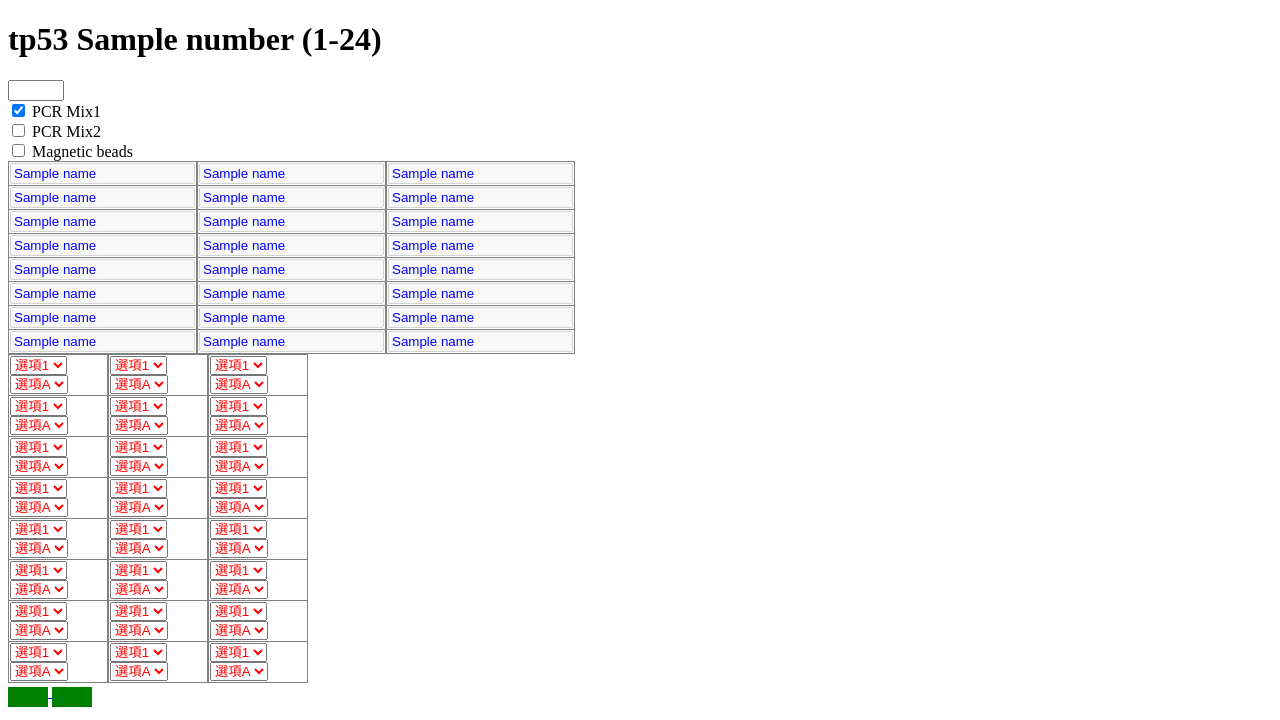
Repository: dnttalk/Ngs_arm1-main
Page: http://localhost/users/login
The author's editor kept a copy of each file at every save. The page is drawn from the files as they stood at one save, then again after the next save.
The browser window is 1280 px wide. The pictures show the whole page.
The page is served by the project's Node server (app.js).

Above is the page before, as saved 2023-07-27 12:58:34.

After the next save:
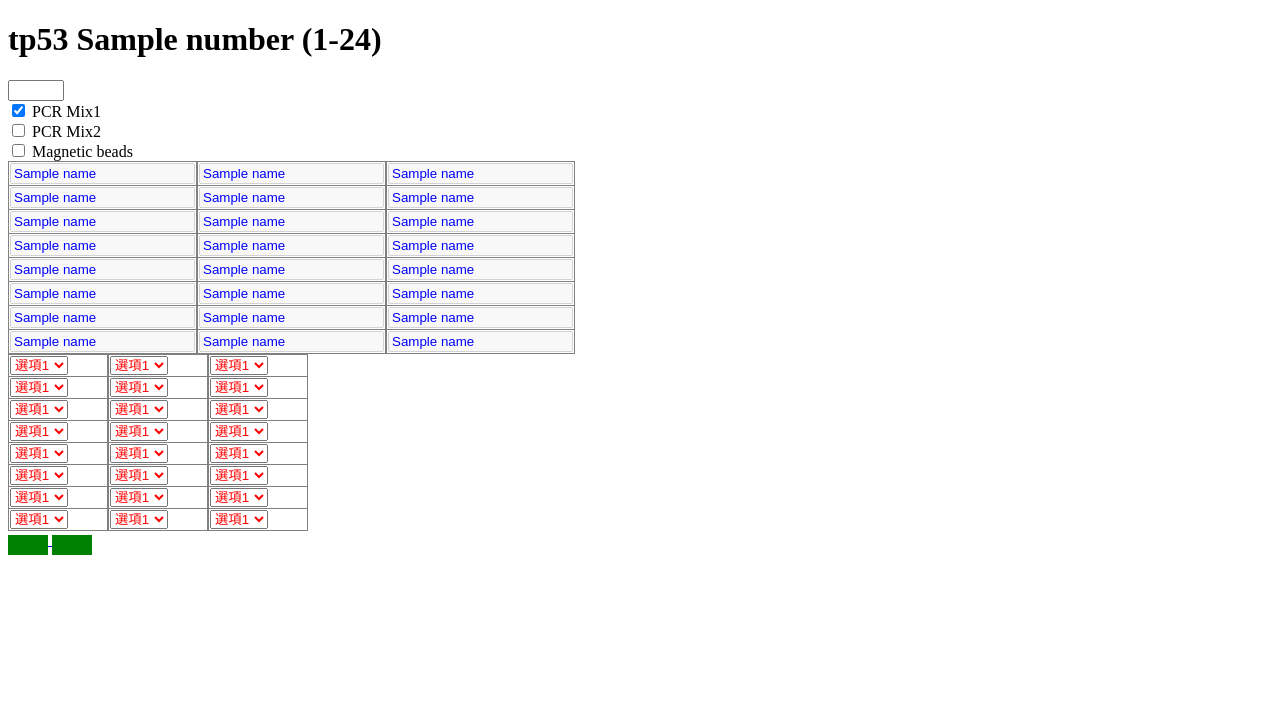
Saved 6 min 48 s later.
--- a/views/second.ejs
+++ b/views/second.ejs
@@ -57,16 +57,12 @@
                                     <!-- 在這裡放入第一個下拉選單的選項 -->
                                     <option value="option1">選項1</option>
                                     <option value="option2">選項2</option>
-                                    <!-- 其他選項... -->
-                                </select>
-
-                                <select class="index-name" id="IndexName2_<%= i %>_<%= j + 1 %>"
-                                    name="IndexName2_<%= i %>_<%= j + 1 %>">
-                                    <!-- 在這裡放入第二個下拉選單的選項 -->
                                     <option value="optionA">選項A</option>
                                     <option value="optionB">選項B</option>
                                     <!-- 其他選項... -->
                                 </select>
+
+
                             </td>
                         </tr>
                         <% } %>
